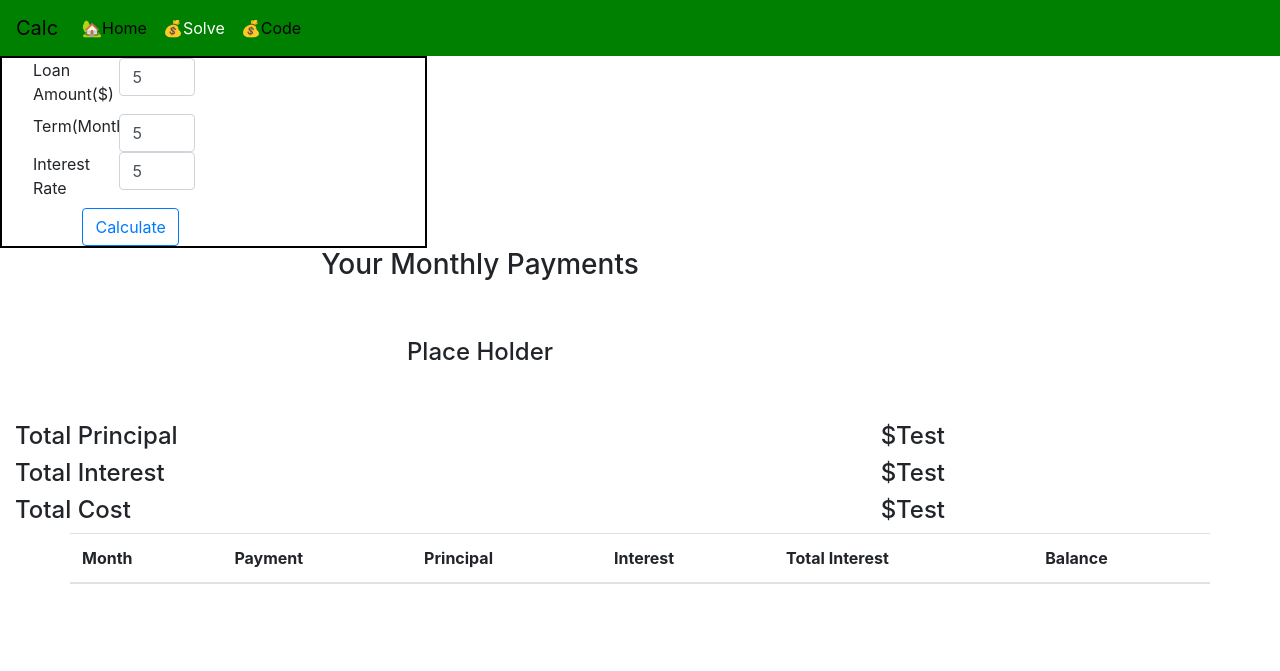
Repository: zhadjah9559/MortgageManager
Page: solve.html
The author's editor kept a copy of each file at every save. The page is drawn from the files as they stood at one save, then again after a run of saves.
The browser window is 1280 px wide. The pictures show the whole page.
Empty fields were first filled with sample values (such as "Sample", 5 or name@example.com).
After loading, the first visible `button.btn` was clicked once.

Above is the page before, as saved 2021-01-16 14:18:40.
Console error: ReferenceError: Invalid left-hand side in assignment

After the next 5 saves:
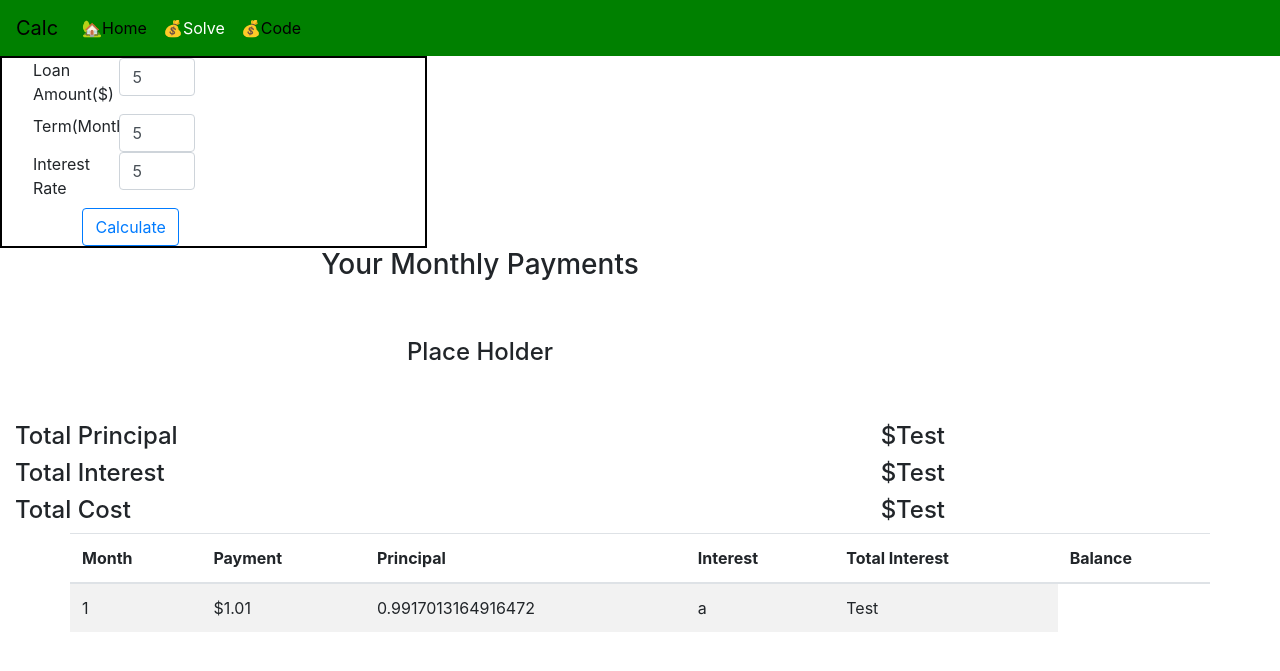
The error is gone.
The 5 saves are shown as one change because they came seconds apart.
The last was saved 15 s later.
--- a/js/custom.js
+++ b/js/custom.js
@@ -30,7 +30,7 @@ function calculateLoan(){
     interestPayment.push(  (remainingBalance) * (interestRate/1200)  )
 
     //principal payment
-    principalPayments.push(  ) = totalMonthlyPayment - interestPayment
+    principalPayments.push(  totalMonthlyPayment - interestPayment  )
 
     remainingBalance -= principalPayments;
 
